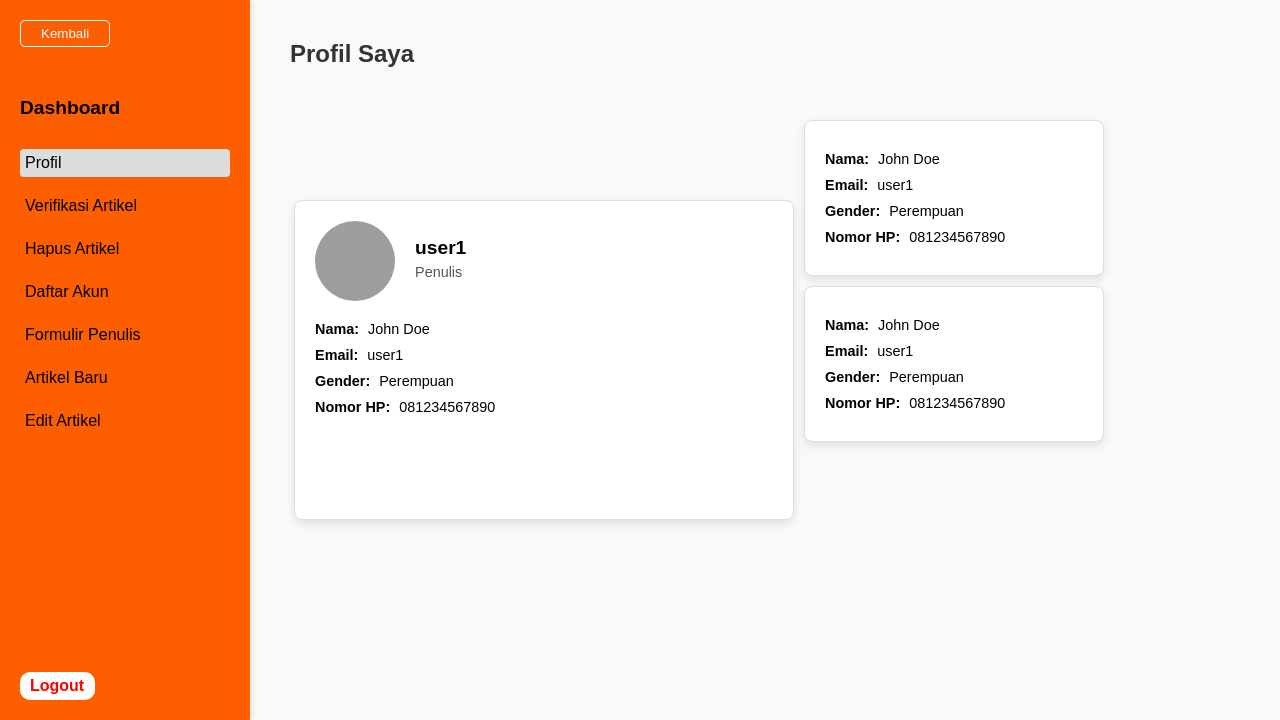
Repository: novalArd/Website_Berita_360News
Page: http://localhost/tes/Profile.php
The author's editor kept a copy of each file at every save. The page is drawn from the files as they stood at one save, then again after the next save.
The browser window is 1280 px wide. The pictures show the whole page.
Pictures or frames that could not be fetched are drawn as grey boxes. The page is run by PHP 8.4 with error messages shown; the project is at /var/www/html/. The session is filled in as if someone had signed in: {"user_id": 1, "username": "user1", "role": "admin", "nama_lengkap": "John Doe", "jenis_kelamin": "", "nomor_hp": "081234567890"}. Other server files are loaded and not shown. The database holds what the project's SQL file puts in it.

Above is the page before, as saved 2024-12-17 00:00:14.

### tes/Profile.php
<?php
session_start();
if (!isset($_SESSION['user_id'])) {
    header('Location: ../pagelogin.html'); // Redirect jika belum login
    exit;
}

require '../database.php'; // Jalur diperbarui untuk mengakses database.php dari folder tes

// Ambil data pengguna dari database berdasarkan sesi
$stmt = $conn->prepare("SELECT * FROM users WHERE id = :id");
$stmt->execute(['id' => $_SESSION['user_id']]);
$user = $stmt->fetch(PDO::FETCH_ASSOC);

if (!$user) {
    echo "Pengguna tidak ditemukan.";
    exit;
}
?>

<!DOCTYPE html>
<html lang="id">
<head>
  <meta charset="UTF-8">
  <meta name="viewport" content="width=device-width, initial-scale=1.0">
  <title>Profil Saya</title>
  <link rel="stylesheet" href="profile.css?v=1.0">
</head>
<body>
  <div class="container">
    <!-- Sidebar -->
    <aside class="sidebar">
      <div class="kembali-btn">
        <button>Kembali</button>
      </div>
    <h3>Dashboard</h3>
      <ul>
        <?php if ($_SESSION['role'] === 'admin'): ?>
        <!-- Menu untuk admin -->
        <li><a id="profil" href="admin.php">Profil</a></li>
        <li><a id="verifikasiArtikel" href="verifikasi.php">Verifikasi Artikel</a></li>
        <li><a id="hapusArtikel" href="hapus_artikel.php">Hapus Artikel</a></li>
        <li><a id="daftarAkun" href="daftar_akun.php">Daftar Akun</a></li>
        <li><a id="formulirPenulis" href="form_penulis.php">Formulir Penulis</a></li>
        <li><a id="artikelBaru" href="artikel_baru.php">Artikel Baru</a></li>
        <li><a id="editArtikel" href="edit_artikel.php">Edit Artikel</a></li>
        <?php elseif ($_SESSION['role'] === 'penulis'): ?>
        <!-- Menu untuk penulis -->
        <li><a id="profil" href="Profile.php">Profile</a></li>
        <li><a id="tambahArtikel" href="Tambah.php">Tambah Artikel</a></li>
        <li><a id="editArtikel" href="edit_artikel.php">Edit Artikel</a></li>
        <li><a id="artikelSaya" href="artikel_saya.php">Artikel Saya</a></li>
        <li><a id="hapusArtikel" href="hapus_artikel.php">Hapus Artikel</a></li>
        <?php endif; ?>
      </ul>
    <a href="../logout.php" class="logout">Logout</a>
  </aside>

    <!-- Main Content -->
    <main class="main-content">
      <h2>Profil Saya</h2>
      <div class="profile-card" id="profil-nama">
        <div class="profile-header">
          <img src="profile-pic.jpg" alt="Foto Profil" class="profile-img">
          <div>
            <h3><?php echo htmlspecialchars($user['username']); ?></h3>
            <p>Penulis</p>
          </div>
        </div>
        <div class="profile-details">
          <p><strong>Nama:</strong> <?php echo htmlspecialchars($user['nama_lengkap']); ?></p>
          <p><strong>Email:</strong> <?php echo htmlspecialchars($user['username']); ?></p>
          <p><strong>Gender:</strong> <?php echo $user['jenis_kelamin'] == 'L' ? 'Laki-laki' : 'Perempuan'; ?></p>
          <p><strong>Nomor HP:</strong> <?php echo htmlspecialchars($user['nomor_hp']); ?></p>
        </div>
      </div>
      <div class="profile-2">
      <div class="profile-card">
        <div class="profile-details">
          <p><strong>Nama:</strong> <?php echo htmlspecialchars($user['nama_lengkap']); ?></p>
          <p><strong>Email:</strong> <?php echo htmlspecialchars($user['username']); ?></p>
          <p><strong>Gender:</strong> <?php echo $user['jenis_kelamin'] == 'L' ? 'Laki-laki' : 'Perempuan'; ?></p>
          <p><strong>Nomor HP:</strong> <?php echo htmlspecialchars($user['nomor_hp']); ?></p>
        </div>
      </div>
      <div class="profile-card">
        <div class="profile-details">
          <p><strong>Nama:</strong> <?php echo htmlspecialchars($user['nama_lengkap']); ?></p>
          <p><strong>Email:</strong> <?php echo htmlspecialchars($user['username']); ?></p>
          <p><strong>Gender:</strong> <?php echo $user['jenis_kelamin'] == 'L' ? 'Laki-laki' : 'Perempuan'; ?></p>
          <p><strong>Nomor HP:</strong> <?php echo htmlspecialchars($user['nomor_hp']); ?></p>
        </div>
      </div>
      </div>
    </main>
  </div>
</body>
</html>

### database.php
<?php
$host = 'localhost';
$dbname = 'news_management';
$username = 'root'; // Sesuaikan dengan username database Anda
$password = ''; // Sesuaikan dengan password database Anda

try {
    // Membuat koneksi ke database menggunakan PDO
    $conn = new PDO("mysql:host=$host;dbname=$dbname", $username, $password);
    $conn->setAttribute(PDO::ATTR_ERRMODE, PDO::ERRMODE_EXCEPTION);
} catch (PDOException $e) {
    // Menampilkan pesan jika koneksi gagal
    echo "Connection failed: " . $e->getMessage();
    die();
}

// Fungsi untuk memeriksa keberadaan pengguna dalam database tanpa hashing password
function checkUser($username, $password) {
    global $conn;
    $stmt = $conn->prepare("SELECT * FROM users WHERE username = :username AND password = :password"); // Query SQL untuk mencari username dan password
    $stmt->execute(['username' => $username, 'password' => $password]);
    $user = $stmt->fetch(PDO::FETCH_ASSOC);

    return $user ? $user : false; // Mengembalikan data pengguna jika ditemukan, false jika tidak
}
?>

### tes/profile.css
/* Reset CSS */
* {
  margin: 0;
  padding: 0;
  box-sizing: border-box;
}
/* General Styles */
body {
  margin: 0;
  font-family: Arial, sans-serif;
  background-color: #f9f9f9;
  display: flex;
}

.container {
  display: flex;
  width: 100%;
  height: 100vh;
}

/* Sidebar */
.sidebar {
  background-color: #FD5F00;
  width: 250px;
  padding: 20px;
  display: flex;
  flex-direction: column;
  box-shadow: 2px 0 5px rgba(0, 0, 0, 0.1);
}

.sidebar .kembali-btn button {
  padding: 5px 20px;
  border: 1px solid white;
  color: white;
  background-color: #FD5F00;
  border-radius: 5px;
  transition: all 0.2s ease-in-out;
}

.sidebar .kembali-btn button:hover {
  color: black;
  background-color: white;
  border: 1px solid white;
  cursor: pointer;
}

.sidebar h3 {
  font-size: 1.2em;
  margin-bottom: 30px;
  margin-top: 50px;
}

.sidebar ul {
  list-style: none;
  padding: 0;
  margin: 0;
}

.sidebar ul li {
  margin-bottom: 15px;
}

.sidebar ul li a {
  text-decoration: none;
  color: black;
  font-size: 1em;
  padding: 5px;
  display: block;
  transition: background-color 0.3s ease;
}

.sidebar ul li #profil {
  background-color: #ddd;
  border-radius: 4px;
}

.sidebar ul li a:hover {
  background-color: #ddd;
  border-radius: 4px;
}

.logout {
  width: 75px;
  margin-top: auto;
  color: red;
  background-color: white;
  font-weight: bold;
  text-decoration: none;
  padding: 5px 10px;
  display: inline-block;
  border-radius: 10px;
}

.logout:hover {
  background-color: #fdd;
  border-radius: 10px;
}

/* Main Content */
.main-content {
  display: flex;
  padding: 40px;
}

.main-content h2 {
  margin-bottom: 20px;
  font-size: 1.5em;
  color: #333;
  text-align: center;
  margin-bottom: 20px;
  margin-right: -120px;
}

/* Profile Card */
.profile-card {
  background-color: #fff;
  border: 1px solid #ddd;
  border-radius: 8px;
  box-shadow: 0 4px 10px rgba(0, 0, 0, 0.1);
  padding: 20px;
  max-width: 600px;
  width: 500px;
  margin: auto;
}

.container #profil-nama {
  height: 320px;
}

.profile-2 {
  margin-top: 70px;
}

.profile-2 .profile-card {
  margin: 10px;
  width: 300px;
}

.profile-header {
  display: flex;
  align-items: center;
  margin-bottom: 20px;
}

.profile-img {
  width: 80px;
  height: 80px;
  border-radius: 50%;
  margin-right: 20px;
}

.profile-header h3 {
  margin: 0;
  font-size: 1.2em;
}

.profile-header p {
  margin: 5px 0;
  color: #555;
  font-size: 0.9em;
}

.profile-details p {
  margin: 10px 0;
  font-size: 0.9em;
}

.profile-details p strong {
  font-weight: bold;
  margin-right: 5px;
}

.article-form {
  background-color: #fff;
  padding: 20px;
  border-radius: 8px;
  box-shadow: 0 4px 10px rgba(0, 0, 0, 0.1);
  max-width: 600px;
  margin: auto;
}

.form-group {
  margin-bottom: 20px;
}

.form-group label {
  display: block;
  margin-bottom: 8px;
  font-weight: bold;
}

.form-group input,
.form-group textarea,
.form-group select {
  width: 100%;
  padding: 10px;
  font-size: 1em;
  border: 1px solid #ddd;
  border-radius: 4px;
  box-sizing: border-box;
}

textarea {
  resize: none;
}

.btn-submit {
  background-color: #4CAF50;
  color: #fff;
  border: none;
  padding: 10px 20px;
  font-size: 1em;
  border-radius: 4px;
  cursor: pointer;
  transition: background-color 0.3s ease;
}

.btn-submit:hover {
  background-color: #45a049;
}

.form-group select {
  width: 100%;
  padding: 10px;
  font-size: 1em;
  border: 1px solid #ddd;
  border-radius: 4px;
  box-sizing: border-box;
  margin-bottom: 10px;
}

### news_management.sql (the tables this page reads)
CREATE TABLE `users` (
  `id` int(11) NOT NULL,
  `username` varchar(255) NOT NULL,
  `password` varchar(255) NOT NULL,
  `role` enum('admin','penulis','pengguna') DEFAULT 'pengguna',
  `nama_lengkap` varchar(255) NOT NULL,
  `jenis_kelamin` enum('L','P') NOT NULL,
  `nomor_hp` varchar(15) NOT NULL,
  `email` varchar(100) DEFAULT NULL,
  `created_at` datetime NOT NULL DEFAULT current_timestamp()
) ENGINE=InnoDB DEFAULT CHARSET=utf8mb4 COLLATE=utf8mb4_general_ci;

INSERT INTO `users` (`id`, `username`, `password`, `role`, `nama_lengkap`, `jenis_kelamin`, `nomor_hp`, `email`, `created_at`) VALUES
(1, 'user1', 'password123', 'admin', 'John Doe', '', '081234567890', NULL, '2024-12-13 14:24:59'),
(2, 'user2', 'mypassword', 'admin', 'Jane Doe', '', '082345678901', NULL, '2024-12-13 14:24:59'),
(3, 'user3', 'alexpass', 'admin', 'Alex Smith', '', '083456789012', NULL, '2024-12-13 14:24:59'),
(4, 'admin01', 'password123', 'admin', 'Admin Satu', 'L', '081234567890', 'admin01@example.com', '2024-12-13 14:26:12'),
(5, 'Alex', 'password123', 'penulis', 'Alex Hunter', 'L', '082345678901', 'penulis01@example.com', '2024-12-13 14:26:12'),
(6, 'Edho', 'password123', 'penulis', 'Penulis Dua', 'L', '083456789012', 'penulis02@example.com', '2024-12-13 14:26:12'),
(7, 'EdhoGanteng', '1234', 'pengguna', 'Agustino Edward', 'L', '082123234331', 'edho@gmail.com', '2024-12-24 04:21:20'),
(8, 'Ferry', '1234', 'pengguna', 'Josua', 'L', '', 'sted.se@anup1.com', '2024-12-31 01:01:48');

ALTER TABLE `users`
  ADD PRIMARY KEY (`id`),
  ADD UNIQUE KEY `username` (`username`),
  ADD UNIQUE KEY `email` (`email`);

ALTER TABLE `users`
  MODIFY `id` int(11) NOT NULL AUTO_INCREMENT, AUTO_INCREMENT=9;

After the next save:
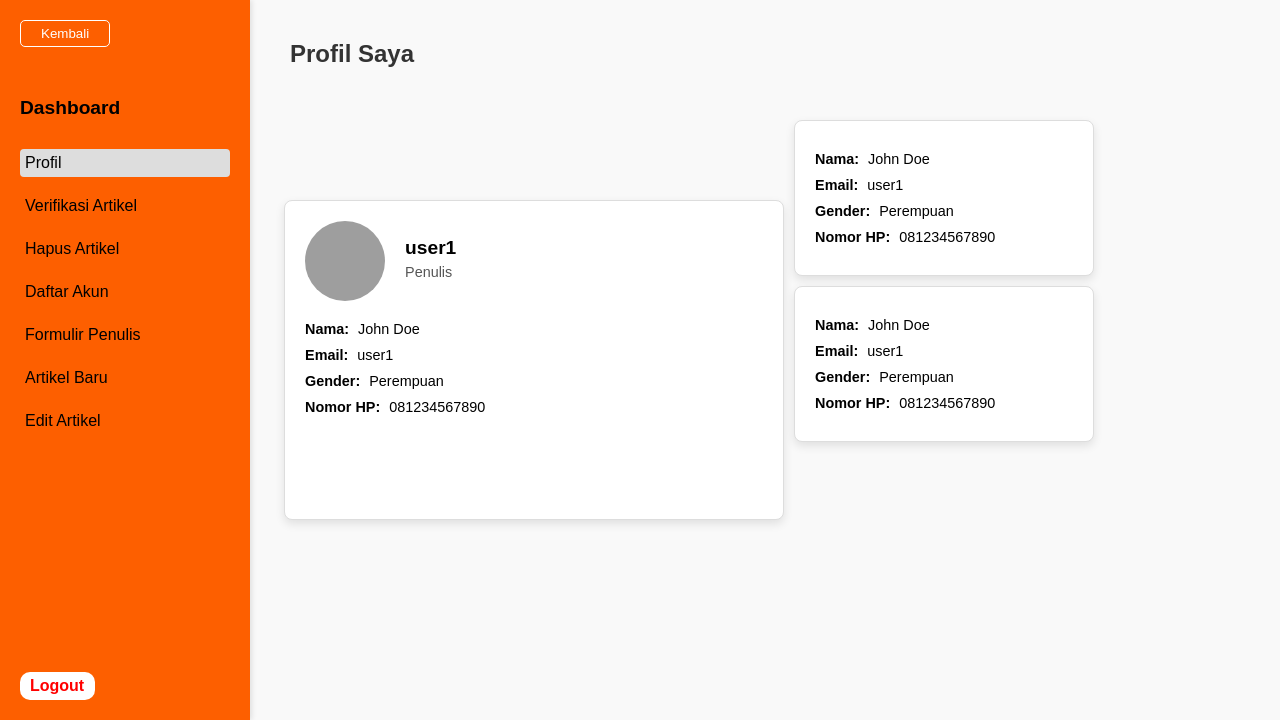
Saved 6 s later.
--- a/tes/profile.css
+++ b/tes/profile.css
@@ -108,7 +108,7 @@ body {
   color: #333;
   text-align: center;
   margin-bottom: 20px;
-  margin-right: -120px;
+  margin-right: -130px;
 }
 
 /* Profile Card */
